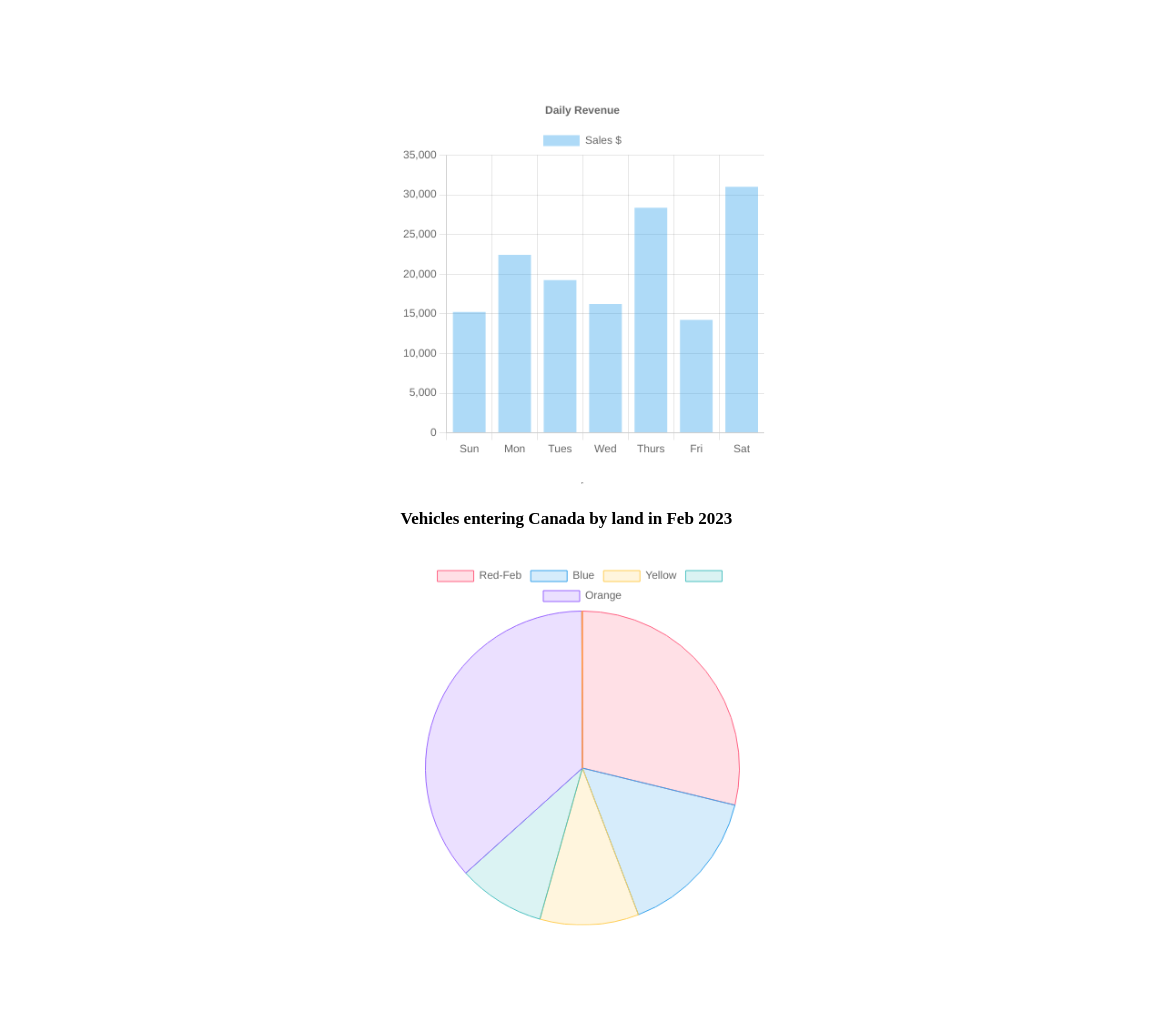
Repository: anoncoderin/dcd-charts-11week
Page: /
These files come from the project's save history. The page is drawn as it stood at one moment and after a run of saves; the edit follows.
The browser window is 1280 px wide. The pictures show the whole page, at 91% of full size.
The project was rebuilt for these pictures with package versions that can differ from the ones it lists, and the page was loaded fresh each time. The framework's server and built-in components were replaced by stand-ins that run in the browser. Also part of the build but not shown: next.config.js.

Above is the page before, as saved 2023-03-24 11:51:34.

### pages/index.js
import Head from 'next/head'
import Image from 'next/image'
import styles from '@/styles/Home.module.css'
import BarChart from '@/components/BarChart'
import PieChart from '@/components/PieChart'

export default function Home() {
  return (
    <>
      <Head>
        <title>Create Next App</title>
        <meta name="description" content="Generated by create next app" />
        <meta name="viewport" content="width=device-width, initial-scale=1" />
        <link rel="icon" href="/favicon.ico" />
      </Head>
      <main className={styles.main}>
        <BarChart/>
        <br></br>
        <hr></hr>
      <div>
        <h3>Vehicles entering Canada by land in Feb 2023</h3>
        <br></br>
        <PieChart/>
        </div>
      </main>
    </>
  )
}

### components/BarChart/index.js
import { useState, useEffect } from "react"
import styles from './BarChart.module.css'

import { Bar } from 'react-chartjs-2';
import {
    Chart as ChartJS,
    CategoryScale,
    LinearScale,
    BarElement,
    Title,
    Tooltip,
    Legend
} from 'chart.js'

ChartJS.register(
    CategoryScale,
    LinearScale,
    BarElement,
    Title,
    Tooltip,
    Legend
)

export default function BarChart() {

    const [chartData, setChartData] = useState({
        datasets: []
    })

    const [chartOptions, setChartOptions] = useState({})

    useEffect(() => {
        setChartData({
            labels: ['Sun', 'Mon', 'Tues', 'Wed', 'Thurs', 'Fri', 'Sat'],
            datasets: [
                {
                    label: 'Sales $',
                    data: [15234, 22432, 19245, 16243, 28356, 14235, 31000],
                    borderColor: 'rgb(53, 162, 235)',
                    backgroundColor: 'rgb(53, 162, 235, 0.4)'
                }
            ]
        })

        setChartOptions({
            plugins: {
                legend: {
                    position: 'top'
                },
                title: {
                    display: true,
                    text: "Daily Revenue"
                }
            },
            maintainAspectRatio: false,
            responsive: true
        })
    }, [])

    return(
        <>
            <div className={styles.container}>
                <Bar data={chartData} options={chartOptions}/>
            </div>
        </>
    )
}

### components/PieChart/index.js
import { useState, useEffect } from "react";
import styles from "./PieChart.module.css";

import { Pie } from "react-chartjs-2";
import {
    Chart as ChartJS,
    ArcElement,
    Tooltip,
    Legend }
    from "chart.js";

ChartJS.register(ArcElement,
    Tooltip,
    Legend)


export default function PieChart() {
const data = {
  labels: ["Red-Feb", "Blue", "Yellow", "", "Orange"],
  datasets: [
    {
      label: "# of Votes",
      data: [1324, 708, 468, 412, 1683, 3],
      backgroundColor: [
        "rgba(255, 99, 132, 0.2)",
        "rgba(54, 162, 235, 0.2)",
        "rgba(255, 206, 86, 0.2)",
        "rgba(75, 192, 192, 0.2)",
        "rgba(153, 102, 255, 0.2)",
        "rgba(255, 159, 64, 0.2)",
      ],
      borderColor: [
        "rgba(255, 99, 132, 1)",
        "rgba(54, 162, 235, 1)",
        "rgba(255, 206, 86, 1)",
        "rgba(75, 192, 192, 1)",
        "rgba(153, 102, 255, 1)",
        "rgba(255, 159, 64, 1)",
      ],
      borderWidth: 1,
    },
  ],
};


return(
    <>
        <div className={styles.container}>
            <Pie data= {data}/>
        </div>
    </>
)
}

### components/BarChart/BarChart.module.css
.container {
    width: 400px;
    height: 400px;
}

### components/PieChart/PieChart.module.css
.container {
    width: 400px;
    height: 400px;
}

Loaded but not shown: pages/_app.js (common file); pages/_document.js (common file); styles/Home.module.css (common file); styles/globals.css (no stored copy; drawn as an empty file)

After the next 2 saves:
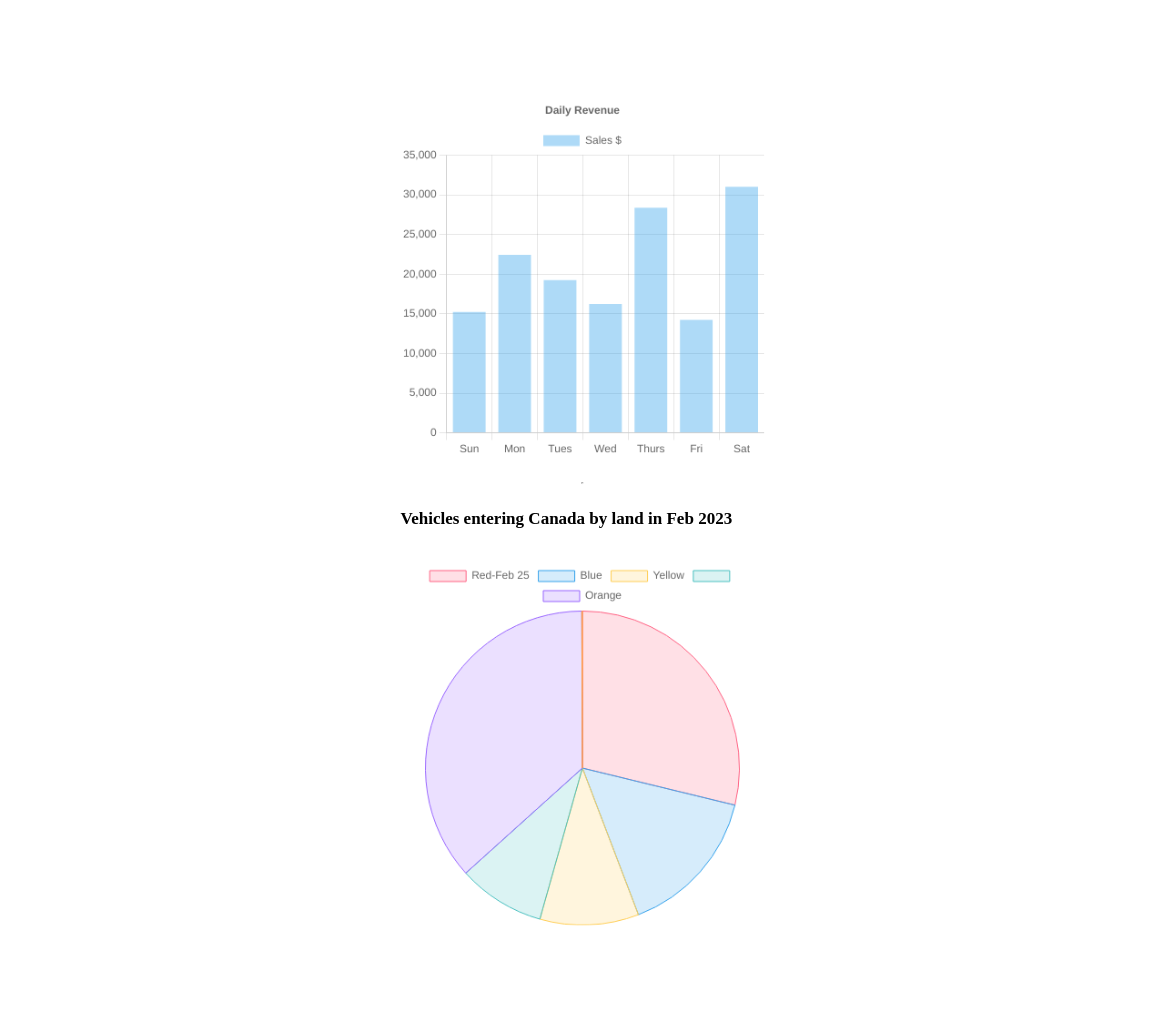
The 2 saves are shown as one change because they came seconds apart.
The last was saved 12 s later.
--- a/components/PieChart/index.js
+++ b/components/PieChart/index.js
@@ -16,7 +16,7 @@ ChartJS.register(ArcElement,
 
 export default function PieChart() {
 const data = {
-  labels: ["Red-Feb", "Blue", "Yellow", "", "Orange"],
+  labels: ["Red-Feb 25", "Blue", "Yellow", "", "Orange"],
   datasets: [
     {
       label: "# of Votes",
